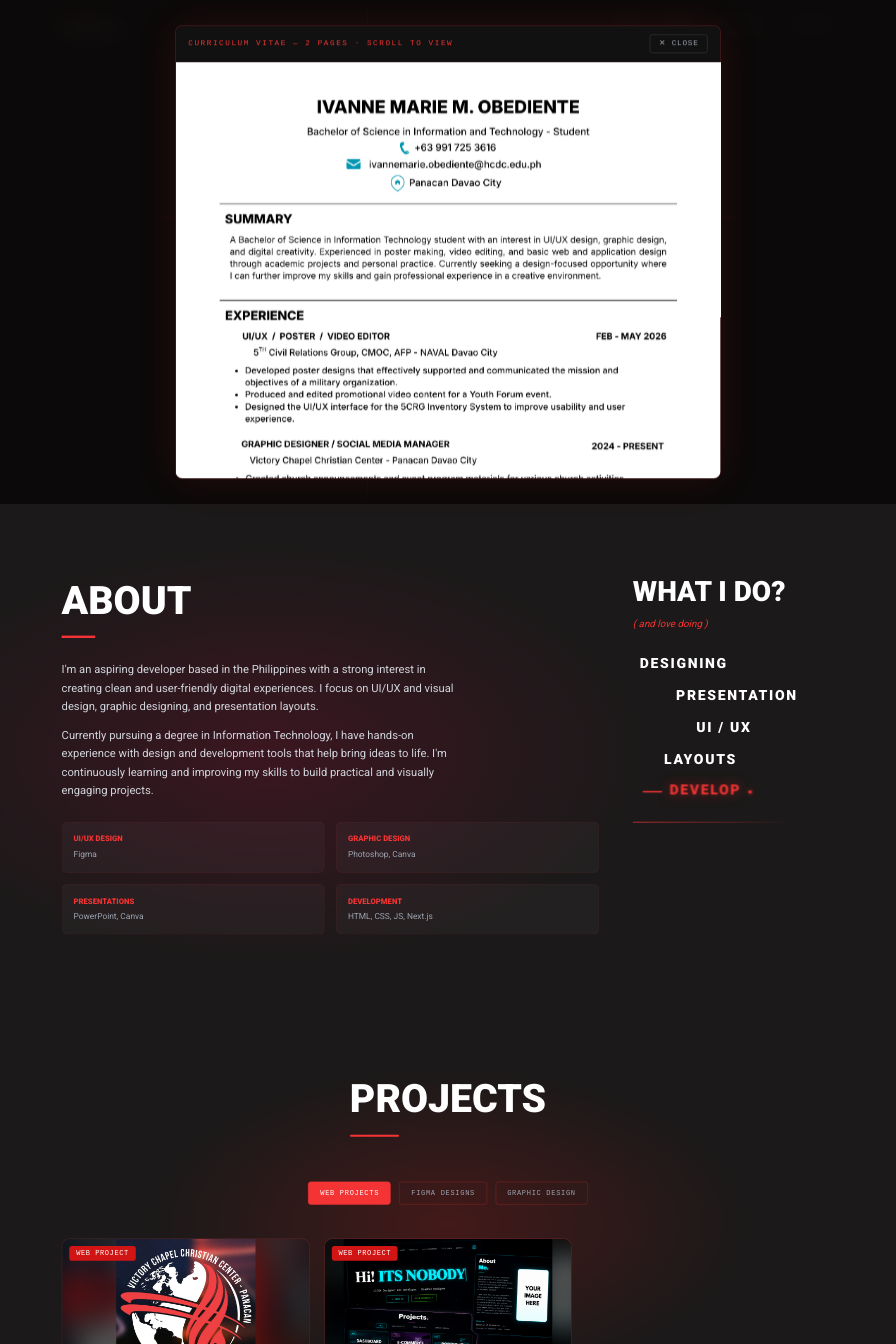
Repository: banbanny/my-portfolio
Page: /, after clicking the first element matching `button.contact-btn`
The author's editor kept a copy of each file at every save. The page is drawn from the files as they stood at one save, then again after a run of saves.
The browser window is 1280 px wide. The pictures show the part of the page from y = 0 to 1920 px (the page is 4275 px tall), at 70% of full size.
An inner scrolling area shows only its first screen. The project was rebuilt for these pictures with package versions that can differ from the ones it lists, and the page was loaded fresh each time. The framework's server and built-in components were replaced by stand-ins that run in the browser. Also part of the build but not shown: next.config.js.

Above is the page before, as saved 2026-05-07 14:54:20.

### src/app/layout.tsx
import type { Metadata } from "next";
import "./globals.css";

export const metadata: Metadata = {
  title: "Ivanne Obediente | Portfolio",
  description:
    "Aspiring developer based in the Philippines — design, UI/UX, and visual storytelling.",
};

export default function RootLayout({
  children,
}: {
  children: React.ReactNode;
}) {
  return (
    <html lang="en">
      <body>{children}</body>
    </html>
  );
}

### src/app/page.tsx
import Navbar from "@/components/Navbar";
import Hero from "@/components/Hero";
import About from "@/components/About";
import Projects from "@/components/Projects";
import Certifications from "@/components/Certifications";
import TechStack from "@/components/TechStack";
import Footer from "@/components/Footer";

export default function Home() {
  return (
    <main style={{ background: "#1B1919" }}>
      <Navbar />
      <Hero />
      <About />
      <Projects />
      <Certifications />
      <TechStack />
      <Footer />
    </main>
  );
}

### src/app/globals.css
@import url("https://fonts.googleapis.com/css2?family=Roboto:wght@400;900&display=swap");
@tailwind base;
@tailwind components;
@tailwind utilities;

:root {
  --bg: #1b1919;
  --white: #ffffff;
  --red-primary: #f43434;
  --red-dark: #d22828;
  --red-bright: #ff3c00;
  --red-accent: #ff0033;
}

* {
  margin: 0;
  padding: 0;
  box-sizing: border-box;
}

html {
  scroll-behavior: smooth;
}

body {
  background-color: var(--bg);
  color: var(--white);
  font-family: "Roboto", sans-serif;
  font-weight: 400;
  overflow-x: hidden;
}

/* ─── Noise texture overlay ─── */
body::before {
  content: "";
  position: fixed;
  inset: 0;
  background-image: url("data:[embedded picture, 306 characters]");
  pointer-events: none;
  z-index: 9999;
  opacity: 10;
}

/* ─── Red glow blob (hero background) ─── */
.hero-glow {
  background: radial-gradient(
    ellipse 60% 55% at 80% 50%,
    rgba(210, 40, 40, 0.55) 0%,
    rgba(255, 60, 0, 0.25) 45%,
    transparent 75%
  );
}

/* ─── Section red glow (bottom sections) ─── */
.section-glow {
  background: radial-gradient(
    ellipse 70% 50% at 50% 100%,
    rgba(210, 40, 40, 0.3) 0%,
    transparent 70%
  );
}

/* ─── Typography utilities ─── */
.font-black-roboto {
  font-family: "Roboto", sans-serif;
  font-weight: 900;
}

.text-red {
  color: var(--red-primary);
}

/* ─── Divider line ─── */
.divider {
  height: 2px;
  background: var(--red-primary);
  width: 100%;
}

/* ─── Vertical label (ABOUT) ─── */
.vertical-label {
  writing-mode: vertical-rl;
  text-orientation: mixed;
  transform: rotate(180deg);
  letter-spacing: 0.3em;
  font-weight: 900;
  font-size: 1.1rem;
}

/* ─── Card white box ─── */
.card-white {
  background: #ffffff;
  color: #1b1919;
  border-radius: 4px;
}

/* ─── Navbar link hover ─── */
.nav-link {
  position: relative;
  font-size: 0.75rem;
  letter-spacing: 0.12em;
  text-transform: uppercase;
  transition: color 0.2s;
}
.nav-link::after {
  content: "";
  position: absolute;
  left: 0;
  bottom: -2px;
  width: 0;
  height: 1px;
  background: var(--red-primary);
  transition: width 0.25s;
}
.nav-link:hover {
  color: var(--red-primary);
}
.nav-link:hover::after {
  width: 100%;
}

/* ─── Tech stack / cert card hover ─── */
.stack-card {
  border: 1px solid rgba(244, 52, 52, 0.3);
  transition: border-color 0.2s, transform 0.2s;
}
.stack-card:hover {
  border-color: var(--red-primary);
  transform: translateY(-2px);
}

/* ─── Project card hover ─── */
.project-card {
  transition: transform 0.2s, box-shadow 0.2s;
}
.project-card:hover {
  transform: translateY(-4px);
  box-shadow: 0 8px 30px rgba(244, 52, 52, 0.25);
}

/* ─── Scroll fade-in animation ─── */
@keyframes fadeUp {
  from {
    opacity: 0;
    transform: translateY(24px);
  }
  to {
    opacity: 1;
    transform: translateY(0);
  }
}
.animate-fadeUp {
  animation: fadeUp 0.6s ease forwards;
}

### src/components/Navbar.tsx
"use client";

import { useState } from "react";

const links = [
  { label: "Home", href: "#home" },
  { label: "About", href: "#about" },
  { label: "Projects", href: "#projects" },
  { label: "Contact", href: "#contact" },
];

export default function Navbar() {
  const [menuOpen, setMenuOpen] = useState(false);

  return (
    <header
      className="fixed top-0 left-0 w-full z-50"
      style={{
        background:
          "linear-gradient(180deg, rgba(27,25,25,0.98) 0%, rgba(27,25,25,0.85) 100%)",
        backdropFilter: "blur(6px)",
        borderBottom: "1px solid rgba(244,52,52,0.1)",
      }}
    >
      <div className="max-w-6xl mx-auto px-6 py-4 flex items-center justify-between">
        {/* Logo / Name */}
        <div>

          <p
            className="font-black-roboto text-sm tracking-widest uppercase leading-tight"
            style={{ color: "#F43434" }}
          >
            Ivanne
          </p>
          <p className="font-black-roboto text-sm tracking-widest uppercase leading-tight text-white">
            Obediente
          </p>
        </div>

        {/* Desktop Nav */}
        <nav className="hidden md:flex items-center gap-8">
          {links.map((link) => (
            <a key={link.href} href={link.href} className="nav-link text-white">
              {link.label}
            </a>
          ))}
        </nav>

        {/* Mobile Hamburger */}
        <button
          className="md:hidden flex flex-col gap-1.5 p-2"
          onClick={() => setMenuOpen(!menuOpen)}
          aria-label="Toggle menu"
        >
          <span
            className="block w-6 h-0.5 bg-white transition-transform"
            style={menuOpen ? { transform: "rotate(45deg) translate(3px, 3px)" } : {}}
          />
          <span
            className="block w-6 h-0.5 bg-white transition-opacity"
            style={menuOpen ? { opacity: 0 } : {}}
          />
          <span
            className="block w-6 h-0.5 bg-white transition-transform"
            style={menuOpen ? { transform: "rotate(-45deg) translate(3px, -3px)" } : {}}
          />
        </button>
      </div>

      {/* Mobile Menu */}
      {menuOpen && (
        <div
          className="md:hidden px-6 pb-6 flex flex-col gap-5"
          style={{ background: "rgba(27,25,25,0.98)" }}
        >
          {links.map((link) => (
            <a
              key={link.href}
              href={link.href}
              className="nav-link text-white text-sm"
              onClick={() => setMenuOpen(false)}
            >
              {link.label}
            </a>
          ))}
        </div>
      )}
    </header>
  );
}

### src/components/Footer.tsx
'use client'

import { useEffect, useRef, useState } from "react";

export default function Footer() {
  const ref = useRef<HTMLElement>(null);
  const [visible, setVisible] = useState(false);
  const [showCV, setShowCV] = useState(false);

  useEffect(() => {
    const observer = new IntersectionObserver(([entry]) => setVisible(entry.isIntersecting), { threshold: 0.1 });
    if (ref.current) observer.observe(ref.current);
    return () => observer.disconnect();
  }, []);

  return (
    <>
      <footer ref={ref} id="contact" className="relative min-h-[85vh] flex flex-col overflow-hidden bg-[#1B1919]">
        <style>{`
          @keyframes fadeInLeft { from { opacity:0; transform:translateX(-50px); } to { opacity:1; transform:translateX(0); } }
          @keyframes fadeInRight { from { opacity:0; transform:translateX(50px); } to { opacity:1; transform:translateX(0); } }
          @keyframes fadeInUp { from { opacity:0; transform:translateY(20px); } to { opacity:1; transform:translateY(0); } }
          @keyframes glowFade { from { opacity:0; } to { opacity:1; } }
          @keyframes modalIn { from { opacity:0; transform:scale(0.96); } to { opacity:1; transform:scale(1); } }
          .footer-glow-left  { animation: glowFade 1s ease forwards; }
          .footer-glow-right { animation: glowFade 1s ease 0.2s forwards; }
          .footer-cta        { animation: fadeInLeft 0.8s cubic-bezier(0.22,1,0.36,1) 0.1s both; }
          .footer-links      { animation: fadeInRight 0.8s cubic-bezier(0.22,1,0.36,1) 0.3s both; }
          .footer-copyright  { animation: fadeInUp 0.6s ease 0.6s both; }
          .cv-modal-inner    { animation: modalIn 0.3s ease both; }
          .contact-btn {
            display: flex; align-items: center; gap: 8px;
            padding: 8px 16px; border-radius: 4px; font-size: 12px;
            letter-spacing: 0.05em; transition: opacity 0.2s, background 0.2s;
            border: 1px solid rgba(255,255,255,0.25); color: #fff;
            text-decoration: none; white-space: nowrap;
          }
          .contact-btn:hover { opacity: 0.75; }
        `}</style>

        {/* Glows */}
        <div className={`absolute bottom-0 left-0 pointer-events-none ${visible ? "footer-glow-left" : ""}`}
          style={{ width:"60%", height:"120%", opacity: visible ? undefined : 0, background:"radial-gradient(ellipse 80% 80% at 0% 100%, rgba(210,40,40,0.7) 0%, rgba(255,60,0,0.3) 40%, transparent 75%)" }} aria-hidden="true" />
        <div className={`absolute bottom-0 right-0 pointer-events-none ${visible ? "footer-glow-right" : ""}`}
          style={{ width:"60%", height:"70%", opacity: visible ? undefined : 0, background:"radial-gradient(ellipse 80% 80% at 100% 100%, rgba(210,40,40,0.7) 0%, rgba(255,60,0,0.3) 40%, transparent 75%)" }} aria-hidden="true" />

        {/* Main content */}
        <div className="relative flex-1 flex items-center">
          <div className="max-w-6xl mx-auto px-5 sm:px-6 w-full">
            <div className="flex flex-col items-center text-center md:flex-row md:items-center md:justify-between md:text-left gap-8 md:gap-10">

              {/* CTA heading */}
              <h2 className={`font-black-roboto uppercase leading-tight ${visible ? "footer-cta" : ""}`}
                style={{ fontSize:"clamp(2rem, 7vw, 4.5rem)", opacity: visible ? undefined : 0 }}>
                <span style={{ color:"#F43434" }}>WANT TO</span><br />
                <span className="text-white">COLLABORATE?</span>
              </h2>

              {/* Contact buttons */}
              <div className={`flex flex-col items-center md:items-end gap-3 ${visible ? "footer-links" : ""}`}
                style={{ opacity: visible ? undefined : 0 }}>

                {/* Row 1 — Email + Phone */}
                <div className="flex flex-wrap gap-3 justify-center md:justify-end">
                  <a href="mailto:ivanne.obediente09@gmail.com" className="contact-btn">
                    <svg xmlns="http://www.w3.org/2000/svg" width="13" height="13" viewBox="0 0 24 24" fill="none" stroke="currentColor" strokeWidth="2" strokeLinecap="round" strokeLinejoin="round"><rect width="20" height="16" x="2" y="4" rx="2"/><path d="m22 7-8.97 5.7a1.94 1.94 0 0 1-2.06 0L2 7"/></svg>
                    ivanne.obediente09@gmail.com
                  </a>
                  <a href="tel:+639917253616" className="contact-btn">
                    <svg xmlns="http://www.w3.org/2000/svg" width="13" height="13" viewBox="0 0 24 24" fill="none" stroke="currentColor" strokeWidth="2" strokeLinecap="round" strokeLinejoin="round"><path d="M22 16.92v3a2 2 0 0 1-2.18 2 19.79 19.79 0 0 1-8.63-3.07A19.5 19.5 0 0 1 4.69 12 19.79 19.79 0 0 1 1.07 3.18 2 2 0 0 1 3 1h3a2 2 0 0 1 2 1.72c.127.96.361 1.903.7 2.81a2 2 0 0 1-.45 2.11L7.09 8.91a16 16 0 0 0 6 6l1.27-1.27a2 2 0 0 1 2.11-.45c.907.339 1.85.573 2.81.7A2 2 0 0 1 21 16z"/></svg>
                    +63 9917253616
                  </a>
                </div>

                {/* Row 2 — GitHub + LinkedIn + CV */}
                <div className="flex flex-wrap gap-3 justify-center md:justify-end">
                  <a href="https://github.com/banbanny" target="_blank" rel="noopener noreferrer" className="contact-btn">
                    <svg xmlns="http://www.w3.org/2000/svg" width="13" height="13" viewBox="0 0 24 24" fill="currentColor"><path d="M12 0C5.37 0 0 5.37 0 12c0 5.3 3.438 9.8 8.205 11.385.6.113.82-.258.82-.577 0-.285-.01-1.04-.015-2.04-3.338.724-4.042-1.61-4.042-1.61-.546-1.385-1.335-1.755-1.335-1.755-1.087-.744.084-.729.084-.729 1.205.084 1.838 1.236 1.838 1.236 1.07 1.835 2.809 1.305 3.495.998.108-.776.417-1.305.76-1.605-2.665-.3-5.466-1.332-5.466-5.93 0-1.31.465-2.38 1.235-3.22-.135-.303-.54-1.523.105-3.176 0 0 1.005-.322 3.3 1.23.96-.267 1.98-.399 3-.405 1.02.006 2.04.138 3 .405 2.28-1.552 3.285-1.23 3.285-1.23.645 1.653.24 2.873.12 3.176.765.84 1.23 1.91 1.23 3.22 0 4.61-2.805 5.625-5.475 5.92.42.36.81 1.096.81 2.22 0 1.606-.015 2.896-.015 3.286 0 .315.21.69.825.57C20.565 21.795 24 17.295 24 12c0-6.63-5.37-12-12-12"/></svg>
                    GitHub
                  </a>

                  {/* ── NEW: LinkedIn button ── */}
                  <a href="https://www.linkedin.com/in/YOUR-LINKEDIN-USERNAME" target="_blank" rel="noopener noreferrer" className="contact-btn">
                    <svg xmlns="http://www.w3.org/2000/svg" width="13" height="13" viewBox="0 0 24 24" fill="currentColor"><path d="M20.447 20.452h-3.554v-5.569c0-1.328-.027-3.037-1.852-3.037-1.853 0-2.136 1.445-2.136 2.939v5.667H9.351V9h3.414v1.561h.046c.477-.9 1.637-1.85 3.37-1.85 3.601 0 4.267 2.37 4.267 5.455v6.286zM5.337 7.433a2.062 2.062 0 0 1-2.063-2.065 2.064 2.064 0 1 1 2.063 2.065zm1.782 13.019H3.555V9h3.564v11.452zM22.225 0H1.771C.792 0 0 .774 0 1.729v20.542C0 23.227.792 24 1.771 24h20.451C23.2 24 24 23.227 24 22.271V1.729C24 .774 23.2 0 22.222 0h.003z"/></svg>
                    LinkedIn
                  </a>

                  {/* ── CV button — opens scrollable modal ── */}
                  <button onClick={() => setShowCV(true)} className="contact-btn" style={{ cursor: "pointer", background: "transparent" }}>
                    <svg xmlns="http://www.w3.org/2000/svg" width="13" height="13" viewBox="0 0 24 24" fill="currentColor"><path d="M14 2H6a2 2 0 0 0-2 2v16a2 2 0 0 0 2 2h12a2 2 0 0 0 2-2V8zm0 1.5L18.5 8H14zM8 13h8v1.5H8zm0 3h8v1.5H8zm0-6h5v1.5H8z"/></svg>
                    View CV
                  </button>
                </div>
              </div>
            </div>
          </div>
        </div>

        {/* Copyright */}
        <div className={`relative w-full pb-6 px-5 sm:px-6 ${visible ? "footer-copyright" : ""}`} style={{ opacity: visible ? undefined : 0 }}>
          <div className="max-w-6xl mx-auto">
            <div className="w-full h-px mb-3 bg-[#F43434]/20" />
            <p className="text-[10px] text-gray-500 tracking-[0.3em] uppercase text-center">
              © {new Date().getFullYear()} Ivanne Obediente. All rights reserved.
            </p>
          </div>
        </div>
      </footer>

      {/* ── CV Modal — scrollable, supports 2 pages ── */}
      {showCV && (
        <div
          onClick={() => setShowCV(false)}
          style={{
            position: "fixed", inset: 0, zIndex: 9999,
            background: "rgba(10,8,8,0.92)",
            backdropFilter: "blur(14px)",
            display: "flex", alignItems: "center", justifyContent: "center",
            padding: "16px",
          }}
        >
          <div
            className="cv-modal-inner"
            onClick={e => e.stopPropagation()}
            style={{
              width: "100%", maxWidth: "780px",
              height: "90vh",
              background: "#111",
              border: "1px solid rgba(244,52,52,0.25)",
              borderRadius: "10px",
              overflow: "hidden",
              display: "flex", flexDirection: "column",
              boxShadow: "0 0 60px rgba(244,52,52,0.12)",
            }}
          >
            {/* Modal header */}
            <div style={{
              display: "flex", alignItems: "center", justifyContent: "space-between",
              padding: "12px 18px",
              borderBottom: "1px solid rgba(244,52,52,0.15)",
              flexShrink: 0,
            }}>
              <span style={{ fontFamily: "monospace", fontSize: "11px", letterSpacing: "0.2em", color: "#F43434", textTransform: "uppercase" }}>
                Curriculum Vitae — 2 pages · scroll to view
              </span>
              <button
                onClick={() => setShowCV(false)}
                style={{
                  background: "none", border: "1px solid rgba(255,255,255,0.15)",
                  borderRadius: "4px", padding: "4px 12px",
                  color: "#9ca3af", fontFamily: "monospace", fontSize: "11px",
                  cursor: "pointer", letterSpacing: "0.1em",
                }}
              >
                ✕ CLOSE
              </button>
            </div>

            {/* Scrollable image container — page 1 then page 2 stacked */}
            <div style={{ flex: 1, overflowY: "auto", background: "#fff" }}>
              {/* Page 1 */}
              <img
                src="/cv-page1.png"
                alt="CV Page 1"
                style={{ width: "100%", display: "block" }}
              />
              {/* Page 2 */}
              <img
                src="/cv-page2.png"
                alt="CV Page 2"
                style={{ width: "100%", display: "block" }}
              />
              {/*
                NOTE: rename your CV images to cv-page1.jpg and cv-page2.jpg
                and place them in the /public folder.
                If your CV is a single file with 2 pages, export each page
                as a separate JPG/PNG from your PDF viewer or Photoshop.
              */}
            </div>
          </div>
        </div>
      )}
    </>
  );
}

### tailwind.config.ts
import type { Config } from "tailwindcss";

const config: Config = {
  content: [
    "./src/pages/**/*.{js,ts,jsx,tsx,mdx}",
    "./src/components/**/*.{js,ts,jsx,tsx,mdx}",
    "./src/app/**/*.{js,ts,jsx,tsx,mdx}",
  ],
  theme: {
    extend: {
      colors: {
        background: "#1B1919",
        red: {
          primary: "#F43434",
          dark: "#D22828",
          bright: "#FF3C00",
          accent: "#FF0033",
        },
      },
      fontFamily: {
        roboto: ["Roboto", "sans-serif"],
      },
    },
  },
  plugins: [],
};
export default config;

Loaded but not shown: src/components/Certifications.tsx (255 lines, source omitted); src/components/Projects.tsx (162 lines, source omitted); src/components/About.tsx (122 lines, source omitted); src/components/Hero.tsx (153 lines, source omitted); src/components/TechStack.tsx (197 lines, source omitted)

After the next 2 saves:
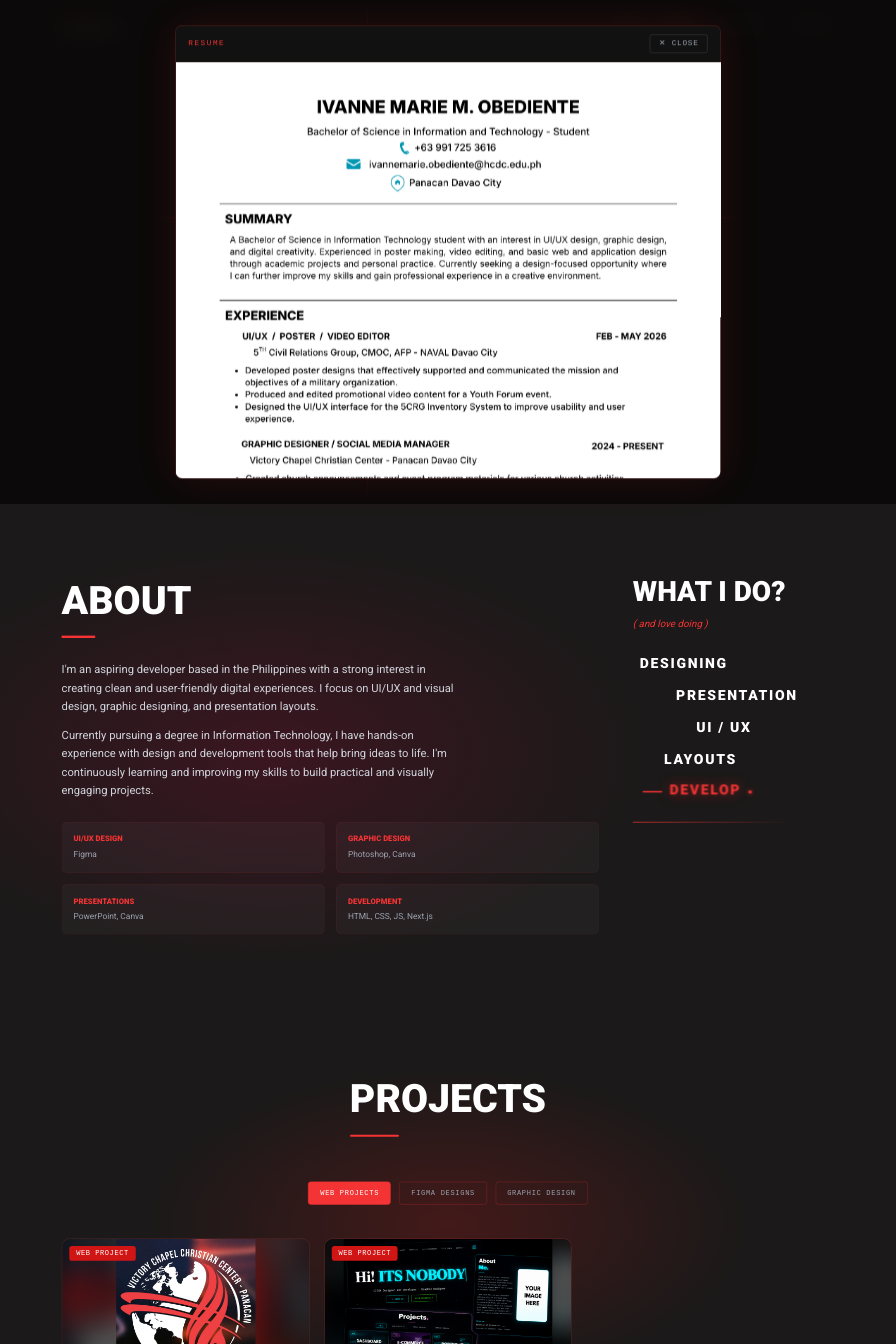
The 2 saves are shown as one change because they came seconds apart.
The last was saved 4 min 38 s later.
--- a/src/components/Footer.tsx
+++ b/src/components/Footer.tsx
@@ -141,7 +141,7 @@
               flexShrink: 0,
             }}>
               <span style={{ fontFamily: "monospace", fontSize: "11px", letterSpacing: "0.2em", color: "#F43434", textTransform: "uppercase" }}>
-                Curriculum Vitae — 2 pages · scroll to view
+                RESUME
               </span>
               <button
                 onClick={() => setShowCV(false)}
